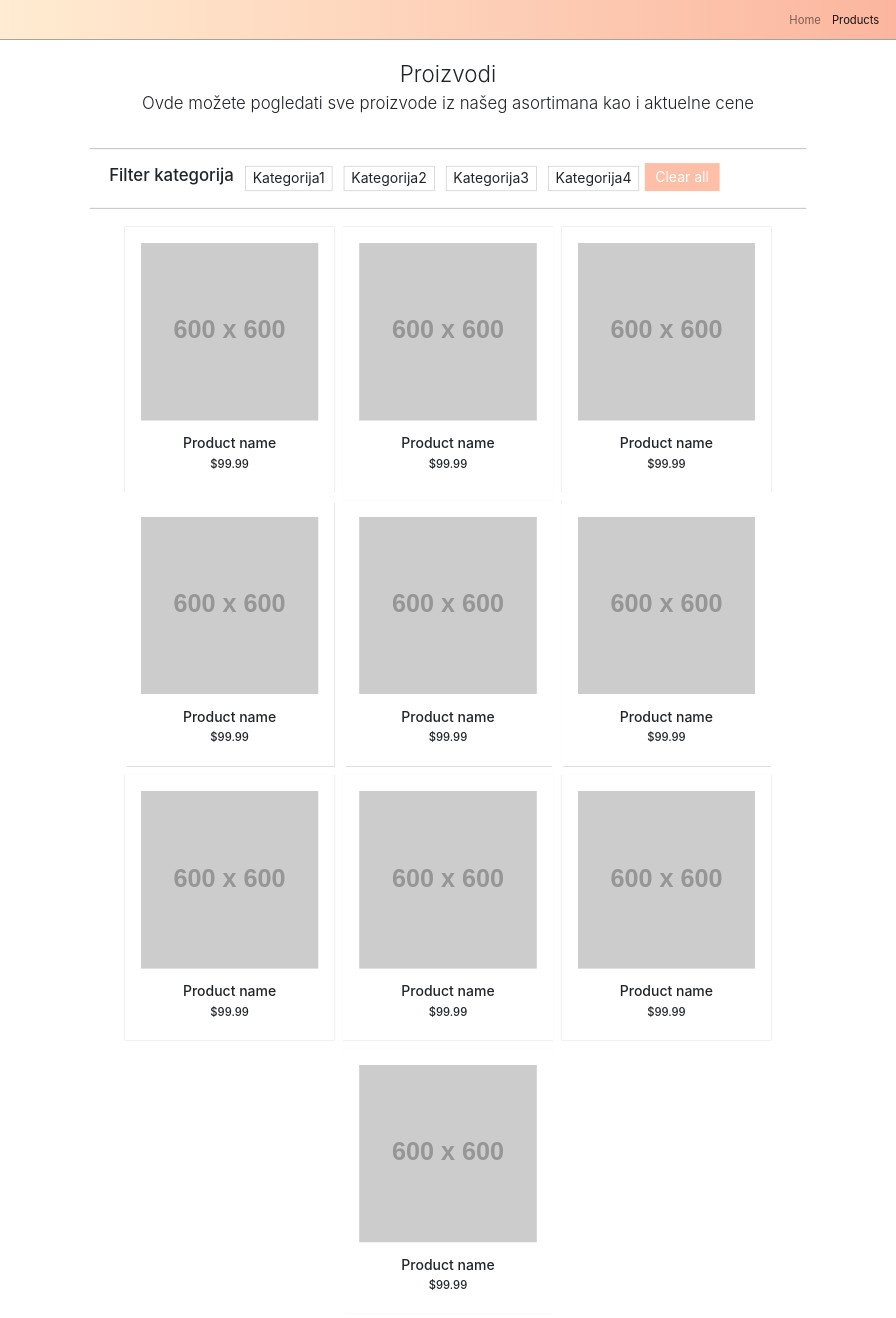
Repository: StevanFilipovic/TemplateForSinglepageWebsite
Page: products.html
The author's editor kept a copy of each file at every save. The page is drawn from the files as they stood at one save, then again after the next save.
The browser window is 1280 px wide. The pictures show the whole page, at 70% of full size.
Some web libraries are served in a nearby version.

Above is the page before, as saved 2018-06-15 12:33:59.

After the next save:
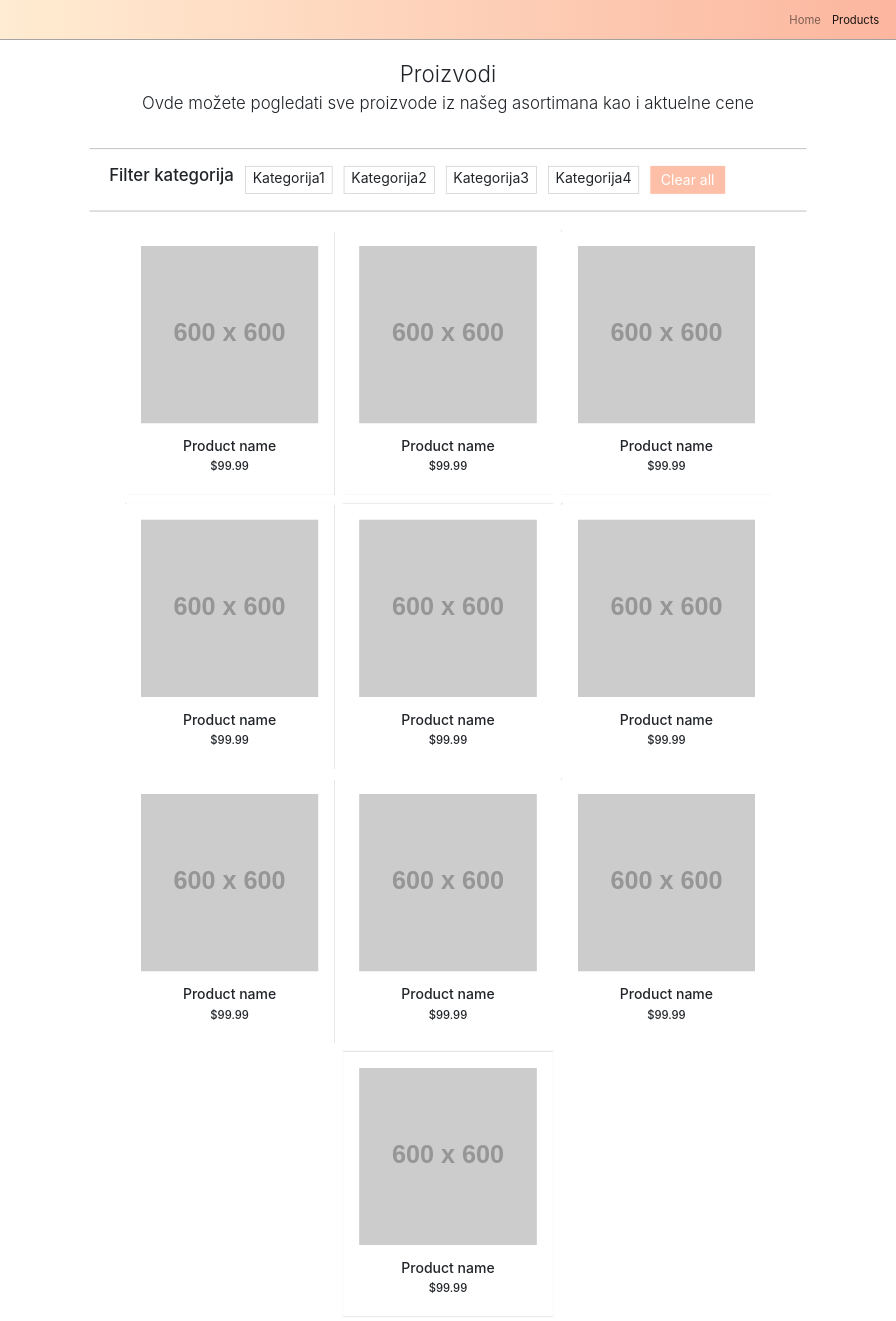
Saved 48 s later.
--- a/products-page-style.css
+++ b/products-page-style.css
@@ -197,4 +197,5 @@ input[type=checkbox]:hover + label {
     border-style: none;
     cursor: pointer;
     padding: 5px 15px;
-  }
+    margin: 4px 8px;
+  }
